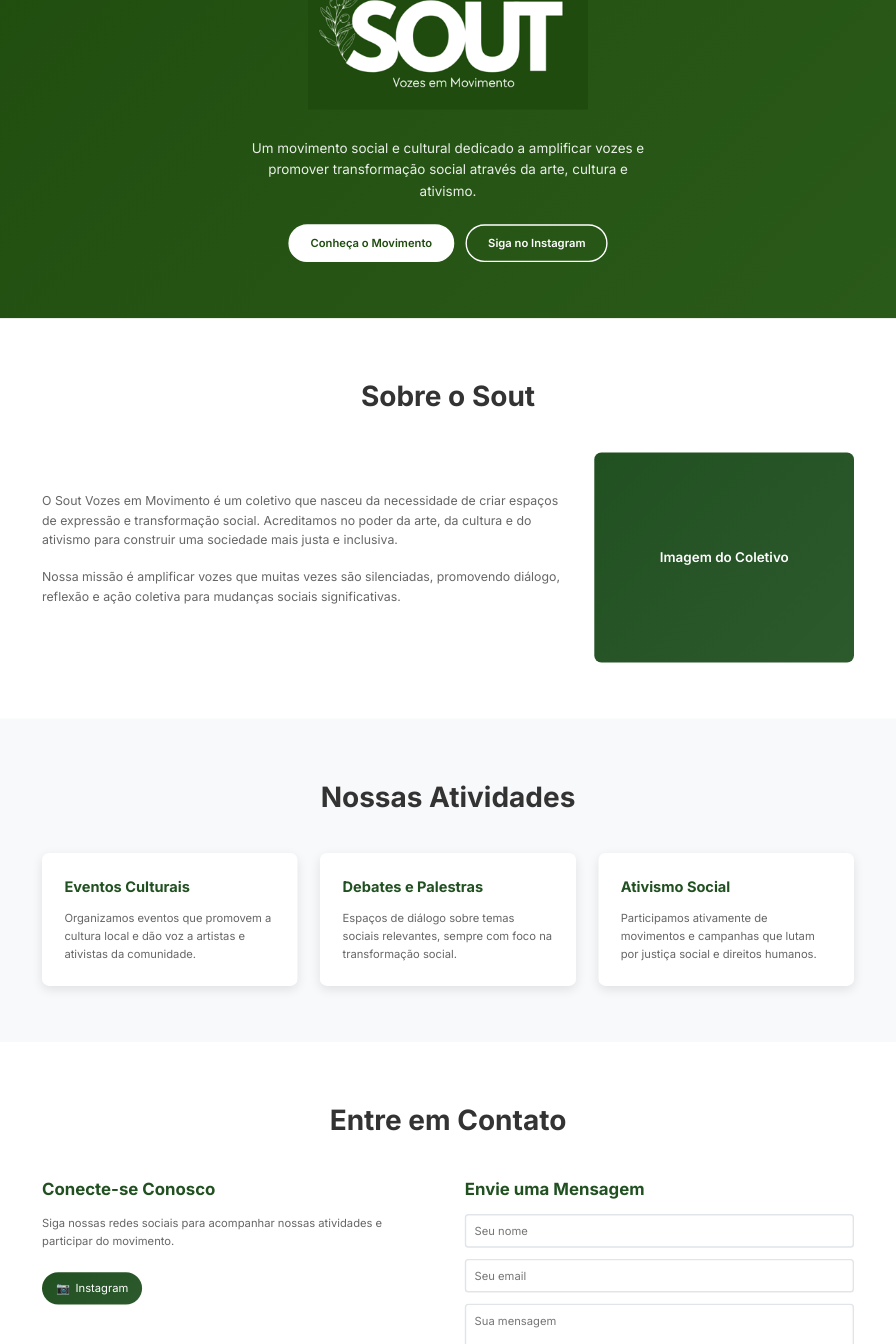
Repository: farukzahra/sout
Page: index.html
These files come from the project's save history. The page is drawn as it stood at one moment and after a run of saves; the edit follows.
The browser window is 1280 px wide. The pictures show the part of the page from y = 338 to 2258 px (the page is 2599 px tall), at 70% of full size.
Some web fonts or font styles are not loaded; a fallback is used.

Above is the page before, as saved 2025-10-02 13:22:37.

After the next 2 saves:
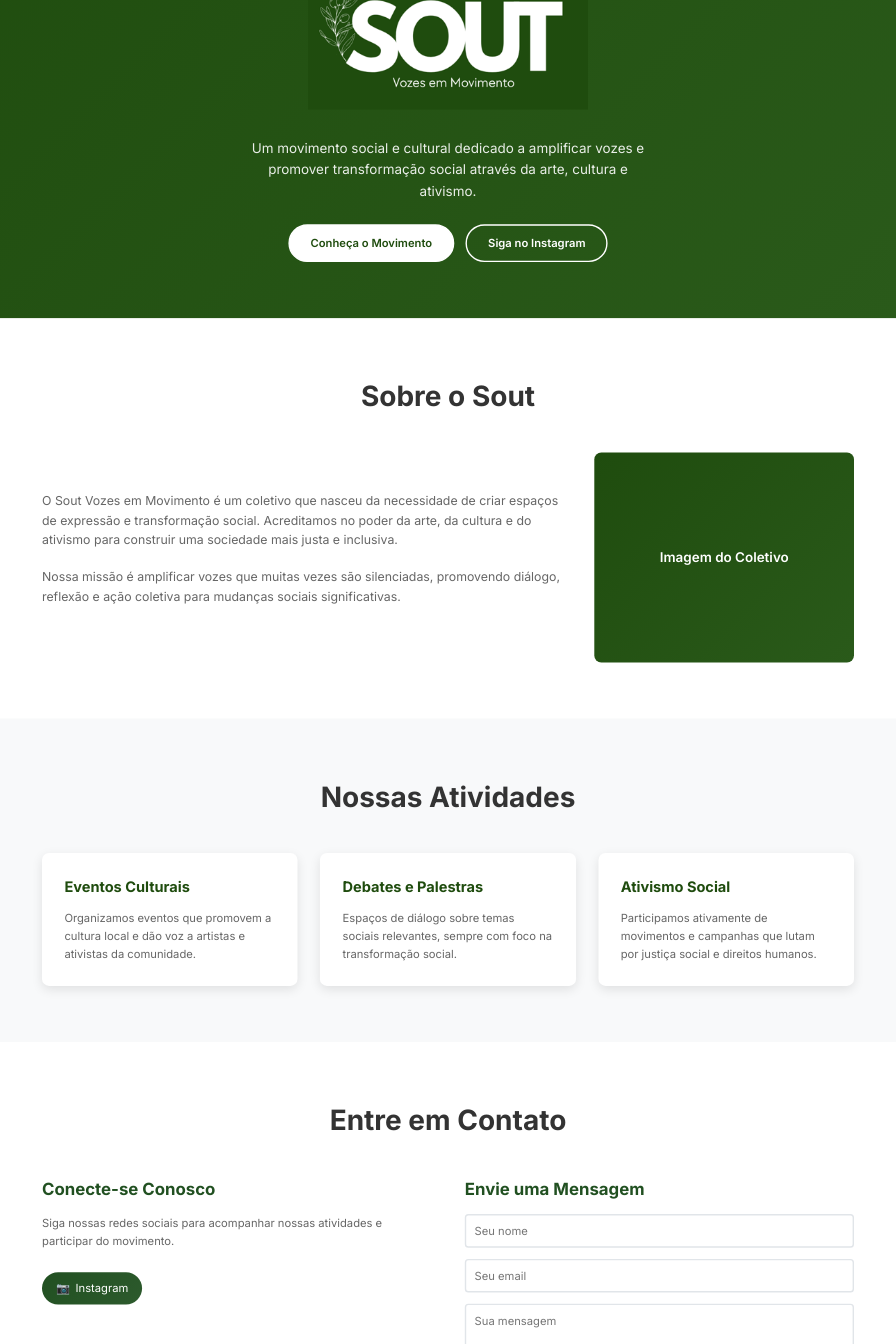
The 2 saves are shown as one change because they came seconds apart.
The last was saved 8 s later.
--- a/style.css
+++ b/style.css
@@ -187,7 +187,7 @@ body {
 }
 
 .placeholder-image {
-    background: linear-gradient(135deg, #215021 0%, #2d5a2d 100%);
+    background: linear-gradient(135deg, #1f4c0e 0%, #2a5a1a 100%);
     height: 300px;
     border-radius: 10px;
     display: flex;
@@ -219,7 +219,7 @@ body {
 }
 
 .activity-card h3 {
-    color: #215021;
+    color: #1f4c0e;
     margin-bottom: 1rem;
     font-size: 1.3rem;
 }
